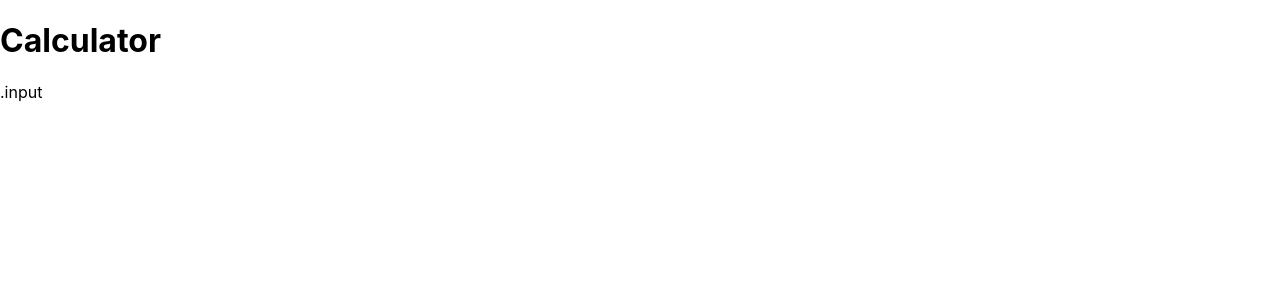
Repository: thesaherriaz/Calculator-React
Page: /
The author's editor kept a copy of each file at every save. The page is drawn from the files as they stood at one save, then again after a run of saves.
The browser window is 1280 px wide. The pictures show the whole page.
The project was rebuilt for these pictures with package versions that can differ from the ones it lists, and the page was loaded fresh each time.

Above is the page before, as saved 2025-06-18 14:09:29.

### src/App.js
import React from 'react'
import Calculator from './compnents/Calculator'

function App() {
  return (
    <Calculator />
  )
}

export default App

### src/compnents/Calculator.jsx
import React from 'react'

function Calculator() {
  return (
    <>
        <div className="Calculator">
            <h1>Calculator</h1>
            .input
        </div>
    </>
  )
}

export default Calculator

Loaded but not shown: public/index.html (common file); src/index.js (common file); src/index.css (common file); src/reportWebVitals.js (common file)

After the next 6 saves:
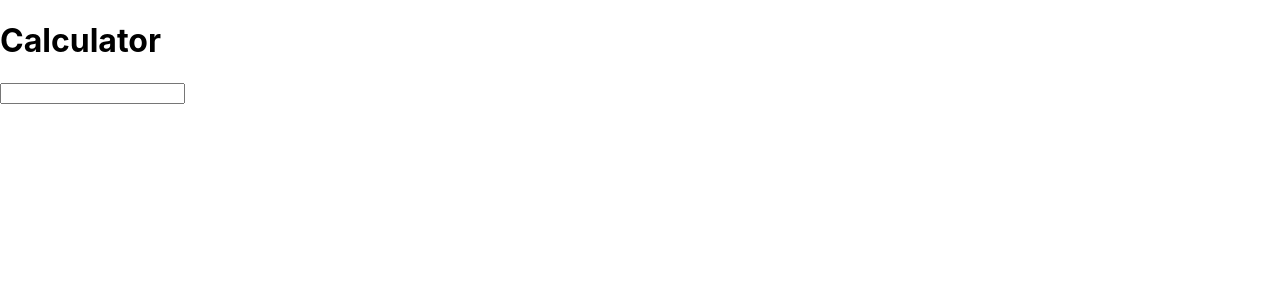
The 6 saves are shown as one change because 1 did not build or start and some came seconds apart.
The last was saved 18 s later.
--- a/src/compnents/Calculator.jsx
+++ b/src/compnents/Calculator.jsx
@@ -5,7 +5,7 @@ function Calculator() {
     <>
         <div className="Calculator">
             <h1>Calculator</h1>
-            .input
+            <input/>
         </div>
     </>
   )
